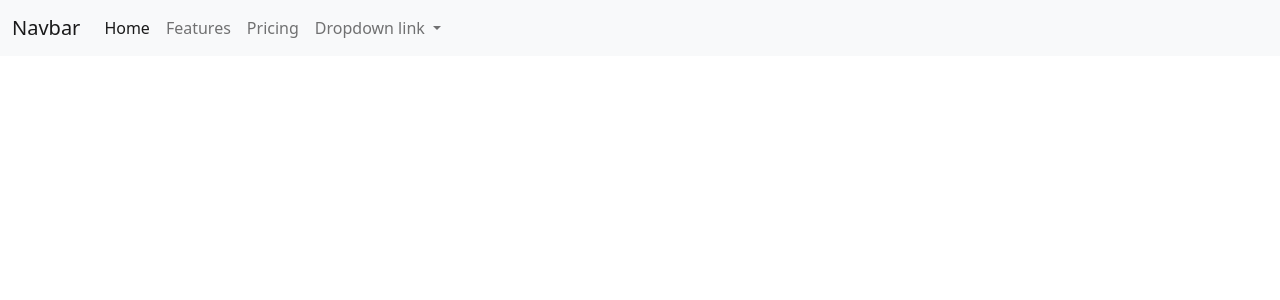
Repository: sikim0629/AwesomePlace
Page: http://localhost/awesomePlace/main.jsp
An editor plug-in stored every save of this project. The page is shown before and after the next save, followed by the edit.
The browser window is 1280 px wide. The pictures show the whole page.
The page is served by Tomcat 9. Nobody is signed in. The application's start-up code is not run. Other server files are loaded and not shown.

Above is the page before, as saved 2021-11-12 09:40:46.

### awesomePlace/WebContent/main.jsp
<%@ page language="java" contentType="text/html; charset=UTF-8"
    pageEncoding="UTF-8"%>
<!DOCTYPE html>
<html>
<head>
<meta charset="UTF-8">
<title>Insert title here</title>
</head>
<body>
<%@ include file = "/header.jsp" %>



<%@ include file = "/footer.jsp" %>

</body>
</html>

### awesomePlace/WebContent/header.jsp
<%@ page language="java" contentType="text/html; charset=UTF-8"
    pageEncoding="UTF-8"%>
<!doctype html>
<html lang="en">
  <head>
    <!-- Required meta tags -->
    <meta charset="utf-8">
    <meta name="viewport" content="width=device-width, initial-scale=1">

    <!-- Bootstrap CSS -->
    <link href="https://cdn.jsdelivr.net/npm/bootstrap@5.1.3/dist/css/bootstrap.min.css" rel="stylesheet" integrity="sha384-1BmE4kWBq78iYhFldvKuhfTAU6auU8tT94WrHftjDbrCEXSU1oBoqyl2QvZ6jIW3" crossorigin="anonymous">

    <title>어썸플레이스</title>
  </head>
  <body>
	<nav class="navbar navbar-expand-lg navbar-light bg-light">
  		<div class="container-fluid">
    		<a class="navbar-brand" href="#">Navbar</a>
    		<button class="navbar-toggler" type="button" data-bs-toggle="collapse" data-bs-target="#navbarNavDropdown" aria-controls="navbarNavDropdown" aria-expanded="false" aria-label="Toggle navigation">
      			<span class="navbar-toggler-icon"></span>
    		</button>
	    <div class="collapse navbar-collapse" id="navbarNavDropdown">
	      <ul class="navbar-nav">
	        <li class="nav-item">
	          <a class="nav-link active" aria-current="page" href="#">Home</a>
	        </li>
	        <li class="nav-item">
	          <a class="nav-link" href="#">Features</a>
	        </li>
	        <li class="nav-item">
	          <a class="nav-link" href="#">Pricing</a>
	        </li>
	        <li class="nav-item dropdown">
	          <a class="nav-link dropdown-toggle" href="#" id="navbarDropdownMenuLink" role="button" data-bs-toggle="dropdown" aria-expanded="false">
	            Dropdown link
	          </a>
	          <ul class="dropdown-menu" aria-labelledby="navbarDropdownMenuLink">
	            <li><a class="dropdown-item" href="#">Action</a></li>
	            <li><a class="dropdown-item" href="#">Another action</a></li>
	            <li><a class="dropdown-item" href="#">Something else here</a></li>
	          </ul>
	        </li>
	      </ul>
	    </div>
	  </div>
</nav>

    <script src="https://cdn.jsdelivr.net/npm/bootstrap@5.1.3/dist/js/bootstrap.bundle.min.js" integrity="sha384-ka7Sk0Gln4gmtz2MlQnikT1wXgYsOg+OMhuP+IlRH9sENBO0LRn5q+8nbTov4+1p" crossorigin="anonymous"></script>

  </body>
</html>

Loaded but not shown: awesomePlace/WebContent/footer.jsp (common file)

After the next save:
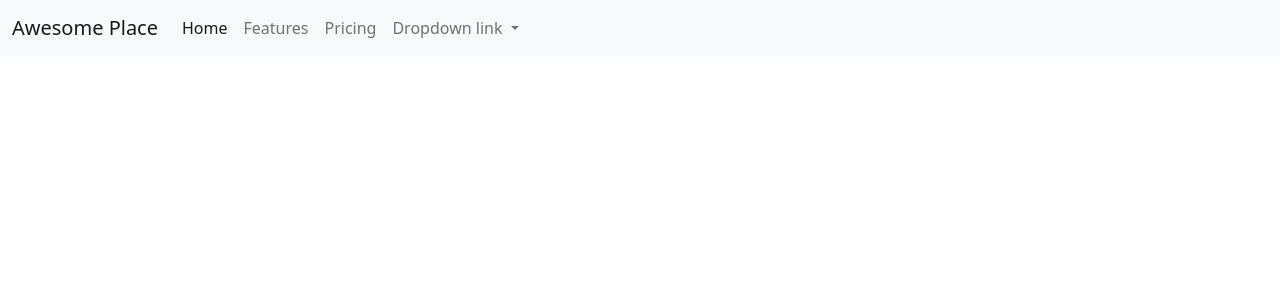
Saved 90 s later.
--- a/awesomePlace/WebContent/header.jsp
+++ b/awesomePlace/WebContent/header.jsp
@@ -15,7 +15,7 @@
   <body>
 	<nav class="navbar navbar-expand-lg navbar-light bg-light">
   		<div class="container-fluid">
-    		<a class="navbar-brand" href="#">Navbar</a>
+    		<a class="navbar-brand" href="#">Awesome Place</a>
     		<button class="navbar-toggler" type="button" data-bs-toggle="collapse" data-bs-target="#navbarNavDropdown" aria-controls="navbarNavDropdown" aria-expanded="false" aria-label="Toggle navigation">
       			<span class="navbar-toggler-icon"></span>
     		</button>
